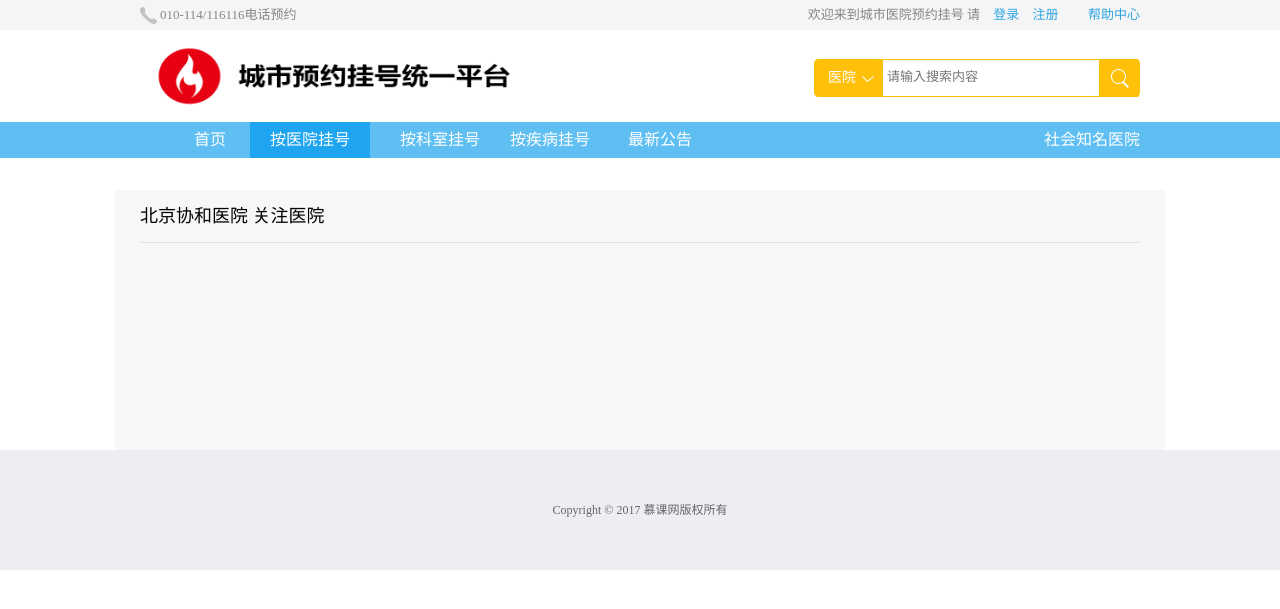
Repository: ScarApocalypse/study
Page: 挂号平台/hospital_detail.html
These files come from the project's save history. The page is drawn as it stood at one moment and after the next save; the edit follows.
The browser window is 1280 px wide. The pictures show the whole page.

Above is the page before, as saved 2019-01-22 21:54:17.

### 挂号平台/hospital_detail.html
<!DOCTYPE html>
<html lang="en">

<head>
    <meta charset="UTF-8">
    <title>城市预约挂号</title>
    <link rel="stylesheet" href="css/layout.css">
    <link rel="stylesheet" type="text/css" href="css/base.css">
    <link rel="stylesheet" type="text/css" href="css/ui.css">
    <link rel="stylesheet" href="css/hosptial.css">
    <link rel="stylesheet" href="css/hospital_detail.css">
    <script type="text/javascript" src="js/jquery-1.7.1.min.js"></script>
    <script type="text/javascript" src="js/data.js"></script>
    <script src="js/hosptial.js"></script>
</head>

<body>
    <!-- 顶部区域 -->
    <div id="top" class="top">
        <div class="wrap">
            <p class="call">010-114/116116电话预约</p>
            <p class="welcome">欢迎来到城市医院预约挂号&nbsp;请&nbsp;<a href="#">登录</a>
                <a href="#">注册</a>
                &nbsp;&nbsp;&nbsp;&nbsp;
                <a href="#">帮助中心</a>
            </p>

        </div>
    </div>
    <!-- 头部区域 -->
    <div id="header" class="header">
        <div class="wrap">
            <a href="index.html" class="logo">
                <img src="img/logo.png">
            </a>
            <div class="search ui-search">
                <div class="ui-search-selected">医院</div>
                <div class="ui-search-selected-list">
                    <a href="#">科室</a>
                    <a href="#">疾病</a>
                    <a href="#">医院</a>

                </div>
                <input class="ui-search-input" type="text" name="search-content" placeholder="请输入搜索内容">
                <a href="#" class="ui-search-submit"></a>
            </div>
        </div>
    </div>
    <!-- 导航栏区域 -->
    <div id="nav" class="nav">
        <div class="wrap">
            <a href="index.html" class="link">首页</a>
            <a href="hosptial.html" class="link link_focus">按医院挂号</a>
            <a href="#" class="link">按科室挂号</a>
            <a href="#" class="link">按疾病挂号</a>
            <a href="#" class="link">最新公告</a>
            <a href="#" class="link right">社会知名医院</a>
        </div>
    </div>
    <!-- 医院信息 -->
    <div class="hospitalDetail wrap">
        <div class="hospitalDetail-title">
            北京协和医院
            <span class="focus">关注医院</span>
        </div>
    </div>
    <!-- 页脚区域 -->
    <div id="footer" class="footer">
        Copyright &copy 2017 慕课网版权所有
    </div>
    <!-- 回到顶部 -->
    <!-- <a class="go-top" href="#"></a> -->
    <script type="text/javascript" src="js/ui.js"></script>
</body>

</html>

### 挂号平台/css/layout.css
*{
	margin:0;
	padding:0;
}
.clearfix:after{
	content:' ';
	display: block;
	height:0;
	line-height: 0;
	clear:both;
	zoom:1;
}
.wrap{
	width: 1000px;
	margin:0 auto;
	position: relative;
}
.top{
	height: 30px;
	background-color:#f5f5f5;
}
.header{
	height: 92px;
}
.nav{
	height: 36px;
	background-color:#60bff2;
}
.banner{
	width: 802px;
	margin:0 auto;
	height: 414px;
	padding:9px 0 0 198px;
}
.banner-slider{
	float: left;
	width: 544px;
	height: 414px;
	background-color: #8edff3;
}
.banner-search{
	float:right;
	width:250px;
	height:255px;
	background-color: #eee;
}
.banner-help{
	float: right;
	width: 250px;
	height: 146px;
	background-color: #ccc;
	margin-top:12px;
}
.content{
	padding:10px 0 38px 0;
}
.content-tab{
	float: left;
	width: 742px;
	height: 490px;
	background-color: #eee;
}
.content-close,
.content-news{
	float: right;
	width: 248px;
	height: 236px;
	border:1px solid #ccc;
}
.content-close{
	margin-top:12px;
	border-color:red;
}
.footer{
	height:70px;
	padding:25px;
	background-color: #eceef2;
}

### 挂号平台/css/base.css
p{
	display: inline-block;
}
a{
	text-decoration: none;
}
select,input{
	border:none;
	outline:none;
}
img{
	display: block;
}
/*top样式*/
.top{
	line-height: 30px;
	font-size:13px;
	color:#868686;
}
.top .call{
	float:left;
	padding-left:20px;
	background:url(../img/icon-call.png) no-repeat center left;
}
.top .welcome{
	float: right;
}
.top a{
	color:#2da5e1;
	padding-left:10px;
}
/*header样式*/
.header .logo{
	width: 402px;
	height: 74px;
	padding:9px 0;
	display: inline-block;
}
.header .logo img{
	width: 100%;
	height: 100%;
}
.header .search{
	width: 326px;
	height: 38px;
	position: absolute;
	right:0;
	top:29px;
	background-color: orange;
}
/*nav样式*/
.nav .link{
	display: inline-block;
	float:left;
	padding-left:30px;
	line-height: 36px;
	color:#fff;
	font-size:16px;
	min-width:80px;
	text-align: center;
}
.nav .right{
	float:right;
}
.nav .link_focus{
	color:#fff;
	background-color:#1fa4f0;
	padding:0 20px;
}
.nav a:hover{
	color:#d7f3ff;
}
.nav .menu{
	width: 130px;
	padding-right: 30px;
	background-color: #1fa4f0;
	position: relative;

}
.nav .menu .menu-list{
	position: absolute;
	background-color: #1fa4f0;
	width: 100%;
	height: 423px;
	left: 0;
	top:36px;

}
/*banner内样式*/
.banner-search{
	background-color: #fafafa
}
.banner-help .caption,
.banner-search .caption{
	height: 22px;
	padding:15px 0 15px 0;
	text-align: center;
}
.banner-help .caption .text,
.banner-search .caption .text{
	display: inline-block;
	height: 22px;
	line-height: 22px;
	padding-left:28px;
	color:#fec009;
	font-size:16px;
	background: url(../img/icon-help.png) no-repeat 0 0;
}

.banner-search .form{
	height: 150px;
}
.banner-search .form .line{
	padding-bottom:9px;
	text-align: center;
}
.banner-search .form .line select{
	width: 170px;
	font-size:12px;
	z-index:0;
	border:1px solid #dcdddd;
	height: 26px;
	line-height: 26px;
	padding:2px 0;
	border-radius: 5px;
	color:#666;
}
.banner-search .submit{
	height: 32px;
	text-align: center;
}
.banner-search .submit .button{
	width: 108px;
	height: 32px;
	background-color: #f3cd09;
	font-size: 14px;
	color:#fff;
	border-radius: 3px;
	cursor: pointer;
}
.banner-help{
	background-color: #fafafa;
}
.banner-help .caption .text{
	color:#00b3ea;
	background-position: 0 -23px;
}
.banner-help .link{
	color:#00b3ea;
	display: inline-block;
	width: 86px;
	height: 26px;
	line-height: 26px;
	font-size:14px;
	text-align: center;
	padding:0 0 8px 26px;
}
/*content样式*/

/*content新闻和停诊样式*/
.content-close,
.content-news{
	background-color:#fff;
	border:1px solid #f4f6fa;
}
.content-close .caption,
.content-news .caption{
	height:38px;
	line-height: 38px;
	background-color: #f4f6fa;
	text-indent:20px;
	color:#fec009;
	font-size:15px;
}
.content-close .more,
.content-news .more{
	float: right;
	padding-right: 22px;
	font-size:12px;
	color:#868686;
}
.content-close .list,
.content-news .list{
	padding: 15px 20px 13px 35px;
	line-height: 29px;
	font-size:12px;
	background: url(../img/list-yellow.jpg) 15px 22px no-repeat;
}
.content-close .list .link,
.content-news .list .link{
	display: block;
	color:#969696;
}

.content-close .caption{
	color:#4ab4ed;
}
.content-close .list{
	background: url(../img/list-blue.jpg) 15px 22px no-repeat;

}
/*tab样式*/
.content-tab{
	background: none;
}
.content-tab .caption{
	height: 34px;
	line-height: 34px;
	background-color: #f5f6fa;
}
.content-tab .caption .item{
	display: block;
	width: 112px;
	height: 34px;
	text-align: center;
	float: left;
	color:#00b3ea;
}
.content-tab .caption .item_focus{
	background-color: #60bff2;
	color:#fff;
}
.content .block{
	border:1px solid #f4f6fa;
	height: 452px;
}
.content-tab .block-caption{
	height: 26px;
	line-height: 26px;
	padding:8px;
	border-bottom:1px solid #f4f6fa;
}
.content-tab .block-caption-item{
	display: inline-block;
	padding:0 10px 0 10px;
	font-size:12px;
	color:#4c4948;
}
.content-tab .block-caption-item_focus{
	background-color: #60bff2;
	color:#fff;
}
.content-tab .block-content{
	padding:16px 12px;
}
.content-tab .block-content .block-list .item{
	float: left;
	width:216px;
	height: 102px;
	padding:0 20px 10px 120px;
	position: relative;
	font-size:12px;
}
.content-tab .block-content .block-list .item img{
	width: 110px;
	height: 98px;
	position: absolute;
	left:0;
	top:0;
}
.content-tab .block-content .block-list .item-name{
	color:#036eb7;
	font-size:14px;
	line-height: 21px;
	padding-top:13px;
}
.content-tab .block-content .block-list .item-level{
	float: right;
	font-size:12px;
	color:#979797;
}
.content-tab .block-content .block-list .item-phone,
.content-tab .block-content .block-list .item-address{
	/*font-size:12px;*/
	line-height: 18px;
	padding-bottom:4px;
	color:#666;
}
/*tab文案列表样式*/
.content-tab .block-content .block-text-list{

}
.content-tab .block-content .block-text-list .item{
	width: 351px;
	height: 27px;
	display: block;
	font-size:14px;
	color:#666;
	padding-top:8px;
	float: left;
	border-bottom:1px dashed #dcdddd;

}
.content-tab .block-content .block-text-list .item:nth-child(2n){
	margin-left:13px;
}
.content-tab .block-content .block-text-list .item .level{
	float: right;
	padding-right:10px;
}
.content-tab .block-content .block-more{
	display: block;
	line-height: 55px;
	text-align: center;
	color:#5084c4;
	font-size:14px;
}
/*页脚样式*/
.footer{
	line-height: 70px;
	text-align: center;
	font-size:12px;
	color:#666;
}
.go-top{
	display: block;
	position: fixed;
	width: 40px;
	height: 40px;
	right:2px;
	bottom:2px;
	z-index:99;
	color:#fff;
	background: rgb(102,102,102) url(../img/icon-go-up.png) center no-repeat;
	/*background: red;*/
}
.go-top:hover{
	background: rgb(102,102,102);
}
.go-top:hover:after{
	content:'回到顶部';
	display: block;
	line-height: 20px;
	text-align: center;
}

### 挂号平台/css/ui.css
/*ui-search搜索*/
.ui-search {
	background: url(../img/ui-search.jpg);
	font-size: 14px;
	color: #fff;
	position: relative;
}

.ui-search-selected {
	width: 70px;
	height: 38px;
	line-height: 38px;
	position: absolute;
	left: 0;
	top: 0;
	text-indent: 14px;
}

.ui-search-selected-list {
	display: none;
	position: absolute;
	width: 67px;
	line-height: 24px;
	background-color: #fff;
	box-shadow: 3px 3px 5px rgba(0, 0, 0, .2);
	left: 2px;
	top: 36px;
	z-index: 2;
}

.ui-search-selected-list a {
	display: block;
	text-align: center;
	color: #a5a2a2;
}

.ui-search-selected-list a:hover {
	background-color: #ebeef5;
}

.ui-search-input {
	width: 208px;
	height: 26px;
	position: absolute;
	top: 5px;
	left: 73px;
	line-height: 26px;
	font-size: 13px;
	color: #a5a2a2;
}

.ui-search-submit {
	display: block;
	position: absolute;
	right: 0;
	top: 1px;
	width: 40px;
	height: 36px;
}

/* ui-menu分类菜单 */
.ui-menu{}
.ui-menu-item{
	height: 22px;
	line-height: 22px;
	padding:8px 5px 9px 6px;
	/* margin-left:2px; */
	/* position: relative; */
}
.ui-menu-item:hover{
	background: #fff;
}
.ui-menu-item-department{
	float: left;
	height: 22px;
	line-height: 22px;
	position: relative;
	padding-left:30px;
	font-size:14px;
	color:#fff;
}
.ui-menu-item-department:before{
	content:'';
	display:block;
	width: 22px;
	height: 21px;
	position: absolute;
	left:0;
	top:1px;
	background:url('../img/icon-menu.jpg') -22px 0 no-repeat;
}
.ui-menu-item:nth-child(2) .ui-menu-item-department:before{
	background-position-y:-22px;
}
.ui-menu-item:nth-child(3) .ui-menu-item-department:before{
	background-position-y:-66px;
}
.ui-menu-item-disease{
	font-size: 12px;
	float:right;
	padding-left:5px;
	color:#d7f3ff
}
.ui-menu-item:hover .ui-menu-item-department:before{
	background-position-x: 0;
}
.ui-menu-item:hover .ui-menu-item-department{
	color:#333;
}
.ui-menu-item:hover .ui-menu-item-disease{
	color:#868686;
}
.ui-menu-item:hover .ui-menu-item-detail{
	display: block;
}
.ui-menu-item-detail{
	display:none;
	position: absolute;
	width: 500px;
	height: 393px;
	padding:20px 10px 10px 29px;
	background:#fff url(../img/bg-menu.jpg) center no-repeat;
	top:0;
	left:190px;
	box-shadow:5px 5px 2px rgba(0,0,0,.1);
	z-index:9;

}
.ui-menu-item-detail-group{
	padding-bottom:20px;
	text-align: left;


}
.ui-menu-item-detail-group-caption{
	width: 100%;
	display:block;
	color:#666;
	font-size:16px;
	font-weight:bold;
	line-height: 34px;
	height: 34px;
}
.ui-menu-item-detail-group-list{
	line-height: 23px;
}
.ui-menu-item-detail-group-list a{
	display: inline-block;
	color:#868686;
	margin-right:8px;
	font-size:12px;
	padding-bottom:5px;
}
.ui-menu-item-detail-group-list a:after{
	content:'|';
	color:#eee;
	padding-left:8px;
}
/* ui-slider组件 */
.ui-slider{
	width: 544px;
	height: 414px;
	position: relative;
	overflow: hidden;
}
.ui-slider-wrap{
	width: 99999px;
	height: 414px;
	position: absolute;
	left:0;
	right:0;
	transition:all .5s;
}
.ui-slider-wrap .item{
	display: block;
	float:left;
	width: 544px;
	height: 414px;
}
.ui-slider-arrow{
	width: 544px;
	height: 40px;
	position: absolute;
	/* background: #000;	 */
	top:50%;
	transform: translateY(-50%);
}
.ui-slider-arrow .item{
	display: block;
	width: 40px;
	height: 40px;
	position: absolute;
	top:0;
	background: url(../img/ui-slider-arrow.png) no-repeat;
}
.ui-slider-arrow .left{
	left:0;
}
.ui-slider-arrow .right{
	right:0;
	background-position: -40px 0;
}
.ui-slider-process{
	width: 544px;
	height: 12px;
	text-align: center;
	position: absolute;
	left:0;
	bottom:20px;
}
.ui-slider-process .item{
	display: inline-block;
	width: 16px;
	height: 16px;
	background:url(../img/ui-slider-process.png) no-repeat;

}
.ui-slider-process .item_focus,
.ui-slider-process .item:hover{
	background-position: -23px 0;
}
/* 回到顶部 */
.ui-backTop{
	display: none;
	position: fixed;
	right:2px;
	bottom: 2px;
	z-index: 9;
	width: 40px;
	height: 40px;
	color: #fff;
	background:rgba(102,102,102,.9) url(../img/icon-go-up.png) center no-repeat;
}
.ui-backTop:hover{
	background: rgba(102,102,102,.9);
}
.ui-backTop:hover:after{
	content:'回到顶部';
	display: block;
	line-height: 20px;
	text-align: center;
}

### 挂号平台/css/hosptial.css
/* 筛选区域 */
.filter{
    min-height: 100px;
    background-color: #fbfbfb;
    margin:20px auto;
}
.filter .group{
    padding:15px 60px 15px 180px;
    color:#4c4948;
    font-size:12px;
    line-height: 18px;
    min-height:30px;
    position: relative;
}
.filter .group .caption{
    position: absolute;
    left: 30px;
    top: 21px;
    width: 150px;
}
.filter .group .condition{
   color:#4c4948;
   display: inline-block;
   position: relative;
   margin:6px 24px 6px 0px;
   padding:0 5px;
}
.filter .group .caption .condition{
    position: absolute;
    right:0;
    top: -6px;
}
.filter .group .caption .condition::before,
.filter .group .condition::after{
    content:'';
    display: block;
    width: 1px;
    height: 18px;
    background: #dcdddd;
    position: absolute;
    top:0;
    right:-12px;
}
.filter .group .caption .condition::before{
    left:-12px;
}
.filter .group .condition_focus,
.filter .group .condition:hover{
    color:#fff;
    background-color:#60bff2;
}
/* 医院列表 */
.datalist .item{
    height: 130px;
    padding:23px 0 23px 224px;
    border:1px solid #f4f6fa;
    border-bottom:none;
    position: relative;
}
.datalist .item .cover{
    width: 180px;
    height: 130px;
    position: absolute;
    overflow: hidden;
    left: 15px;
    top: 23px;
}
.datalist .item:hover{
    background-color:#f5fcff;
}
.data .item .cover img{
    width: 100%;
    height: 100%;
}
.datalist .item .name{
    padding:13px 0;
    color:#000;
    font-size:15px;
}
.datalist .item .name .level{
    padding:0 2px 0 14px;
    color:#f7b52c;
    font-size: 12px;
}
.datalist .item .address,
.datalist .item .phone,
.datalist .item .time{
    margin-bottom:8px;
    font-size: 13px;
    color:#888;
    line-height: 17px;
    padding-left:22px;
    background: url(../img/icon-tel.png) no-repeat;
    background-position: 1px -36px;
}
.datalist .item .phone{
    background-position: 1px 0;
}
.datalist .item .address{
    background-position: 1px -17px;
}
.datalist .item .button{
    position: absolute;
    width: 105px;
    height: 37px;
    right: 70px;
    top:76px;
    display: block;
    background:url(../img/button-now.png) no-repeat  center left;
}
.datalist .item .button:hover{
    background-position: center right;
}
/* 分页区域 */
.pagination{
    height: 45px;
    line-height: 25px;
    border:1px solid #f4f6fa;
    text-align: center;
    color:#666;
    font-size:15px;
    margin-bottom:200px;
    padding:10px 0;
    box-sizing: border-box;
}
.pagination .item{
    margin-left:14px;
    color:#666;
    display: inline-block;
}
.pagination .item_icon:hover{
    background-color: #00b3ec;
}
.pagination .item_icon{
    background:url(../img/icon-pagination-arrow.png) no-repeat;
}
.pagination .item_prev{
    background-position: 6px -15px;
}
.pagination .item_prev:hover{
    background-position: -20px -15px;
}
.pagination .item_next{
    background-position: 8px 4px;
}
.pagination .item_next:hover{
    background-position: -18px 4px;
}
.pagination .input_page,
.pagination .item_page,
.pagination .item_icon{
    display: inline-block;
    width: 23px;
    height: 23px;
    line-height: 23px;
    border:solid 1px #dcdddd;
    border-radius:3px;
}
.pagination .item_page_focus{
    background:#00b3ec;
    color:#fff
}
.pagination .input_page{
    width: 45px;
    text-align: center;
}
.pagination .input_submit{
    width: 34px;
    height: 25px;
    display: inline-block;
    margin-left:10px;
    background:url(../img/icon-pagination-go.png);
    vertical-align:middle;
    cursor: pointer;
}

### 挂号平台/css/hospital_detail.css
.hospitalDetail{
    height: 260px;
    background:#f7f7f7;
    margin-top:32px;
    /* padding-left:250px */
    padding:0 25px;
}
.hospitalDetail .hospitalDetail-title{
    font-size:18px;
    height: 52px;
    line-height: 52px;
    border-bottom:1px solid #e2e2e2;
}

### 挂号平台/js/data.js

var storage = {};

storage.hospital = [

	['area','level','type','name','address','phone','imgUrl','time'],

	['朝阳区','三级甲等','卫生部直属医院','首都儿科研究所附属儿童医院','北京市朝阳区雅宝路2号','010-85695756','img/hospital-1.jpg','14:30'],

	['朝阳区','三级甲等','卫生部直属医院','中日友好医院','北京市朝阳区樱花东路2号','84205288','img/hospital-2.jpg','8:30'],
	['西城区','三级甲等','卫生部直属医院','首都医科大学附属北京友谊医院','北京市西城区永安路95号','63016616','img/hospital-3.jpg','9:30'],
	['朝阳区','三级甲等','卫生部直属医院','首都医科大学附属北京地坛医院B附属','北京市朝阳区樱花东路2号','84205288','img/hospital-4.jpg','8:30'],
	['朝阳区','三级合格','北京区县属医院','空军总医院','北京市朝阳区樱花东路2号','84205288','img/hospital-5.jpg','8:30'],
	['海淀区','三级合格','北京区县属医院','航天中心医院(原721医院)','北京市海淀区玉泉路15号','59971160','img/hospital-6.jpg','8:30'],
	['丰台区','三级甲等','北京区县属医院','北京中医药大学东方医院','北京丰台区方庄芳星园一区6号','67689655','img/hospital-1.jpg','8:30'],

	['丰台区','三级合格','北京区县属医院','北京电力医院','北京市丰台区太平桥西里甲1号','84205288','img/hospital-2.jpg','8:30'],
	['顺义区','三级甲等','北京区县属医院','北京中医医院顺义医院','北京市顺义区站前东街5号','84205288','img/hospital-3.jpg','8:30'],
	['通州区','三级甲等','其他','首都医科大学附属北京潞河医院三级综合医院','北京市通州区新华南路82号','69543901','img/hospital-4.jpg','8:30'],

];

storage.department = [
	['hospitalName', ['departmentName'] ],

	['首都儿科研究所附属儿童医院',['儿科a','儿科b','儿科d'] ],
	['中日友好医院',['科室a','科室b','科室c','科室d'] ],

	['首都医科大学附属北京友谊医院', ['departmentName-1'] ],
	['首都医科大学附属北京地坛医院B附属', ['departmentName-2'] ],
	['空军总医院',['departmentName-3'] ],
	['航天中心医院(原721医院)', ['departmentName-4'] ],
	['北京中医药大学东方医院', ['departmentName-5'] ],
	['北京电力医院', ['departmentName-6'] ],
	['北京中医医院顺义医院', ['departmentName-7'] ] ,
	['首都医科大学附属北京潞河医院三级综合医院', ['departmentName-8'] ]

]

var AjaxRemoteGetData = {};

AjaxRemoteGetData.getDistinctArea = function() {

	console.log('远程数据获取','getDistinctArea');

	var map = {};
	var arr = ['医院地区'];
	for(i=1,j=storage.hospital.length; i<j ; i++){
		var _d = storage.hospital[i][0];
		map[_d] =1;
	}
	for( k in map){
		arr.push(k);

	}
	console.log('结果',arr);
	return arr;
}
AjaxRemoteGetData.getLevelByArea  = function( area ){
	console.log('远程数据获取','getLevelByArea','arguments:',arguments);

	var map = {};
	var arr = ['医院等级'];
	for(i=1,j=storage.hospital.length; i<j ; i++){

		var _area = storage.hospital[i][0];
		var _d = storage.hospital[i][1];
		if(area == _area){
			map[_d] = 1;
		}
	}
	for( k in map){
		arr.push(k);

	}
	console.log('结果',arr);
	return arr;
}
AjaxRemoteGetData.getNameByAreaAndLevel = function( area , level ){
	console.log('远程数据获取','getNameByAreaAndLevel','arguments:',arguments);
	var map = {};
	var arr = ['医院名称'];
	for(i=1,j=storage.hospital.length; i<j ; i++){

		var _area = storage.hospital[i][0];
		var _level= storage.hospital[i][1];
		var _d = storage.hospital[i][3];
		if(level == _level && area == _area ){
			map[_d] = 1;
		}
	}
	for( k in map){
		arr.push(k);

	}
	console.log('结果',arr);
	return arr;
}
AjaxRemoteGetData.getDepartmentArrByHospitalName = function( area,level,hospitalName ){
	console.log('远程数据获取','getDepartmentArrByHospitalName','arguments:',arguments);
	var map = {};
	var arr = ['科室名称'];
	for(i=1,j=storage.department.length; i<j ; i++){

		var _hospitalName = storage.department[i][0];
		var _d = storage.department[i][1];
		if(hospitalName == _hospitalName ){
			map[_d] = 1;
		}
	}
	for( k in map){
		arr.push(k);

	}
	console.log('结果',arr);
	return arr;
}

AjaxRemoteGetData.getDistinctType=function(){
	console.log('远程数据获取','getDistinctType');

	var map = {};
	var arr = ['医院类型'];
	for(i=1,j=storage.hospital.length; i<j ; i++){
		var _d = storage.hospital[i][2];
		map[_d] =1;
	}
	for( k in map){
		arr.push(k);

	}
	console.log('结果',arr);
	return arr;
}
AjaxRemoteGetData.getDistinctLevel=function(){
	console.log('远程数据获取','getDistinctLevel');

	var map = {};
	var arr = ['医院等级'];
	for(i=1,j=storage.hospital.length; i<j ; i++){
		var _d = storage.hospital[i][1];
		map[_d] =1;
	}
	for( k in map){
		arr.push(k);

	}
	console.log('结果',arr);
	return arr;
}
AjaxRemoteGetData.getHospitalArrByFilter=function(type,level,area){
	console.log('远程数据获取','getHospitalArrByFilter','arguments:',arguments);
	var map = {};
	var arr = ['医院列表'];
	for(i=1,j=storage.hospital.length; i<j ; i++){

		var _type= storage.hospital[i][2];
		var _area = storage.hospital[i][0];
		var _level= storage.hospital[i][1];

		var _d = storage.hospital[i][3];
		if(
				(level == _level || level =='全部') &&
				(area == _area || area == '全部' ) &&
				(type == _type || type == '全部')
			){
			arr.push(storage.hospital[i]);
		}
	}
	console.log('结果',arr);
	return arr;
}

### 挂号平台/js/ui.js
//ui-search组件
$.fn.UiSearch = function () {
	var ui = $(this);
	var flag = 0;
	$('.ui-search-selected', ui).on('click', function () {
		if (flag) {
			$('.ui-search-selected-list').hide();
			flag = 0;
		} else {
			$('.ui-search-selected-list').show();
			flag = 1;
		}

		return false;
	});
	$('.ui-search-selected-list a', ui).on('click', function () {
		$('.ui-search-selected').text($(this).text());
		$('.ui-search-selected-list').hide();
		flag = 0;
		return false;
	});
	$('body').on('click', function () {
		if (flag) {
			$('.ui-search-selected-list').hide();
			flag = 0;
		}

	});
};
$.fn.UiSlider = function () {
	var ui = $(this);
	var wrap = $('.ui-slider-wrap');
	var btn_prev = $('.ui-slider-arrow .left', ui);
	var btn_next = $('.ui-slider-arrow .right', ui);
	var items = $('.ui-slider-wrap .item', ui);
	var tips = $('.ui-slider-process .item', ui);
	// 预定义
	var current = 0;
	var size = items.size();
	var width = items.eq(0).width();
	var enableAuto = true;
	// 具体操作
	ui.on('mouseover', function () {
		enableAuto = false;
	}).on('mouseout', function () {
		enableAuto = true;
	});
	wrap
		.on('move_to', function (evt, index) {
			wrap.css('left', index * width * -1);
			tips.removeClass('item_focus').eq(index).addClass('item_focus');
		})
		.on('move_prev', function () {
			if (current <= 0) {
				current = size - 1;
			}
			current = current - 1;
			wrap.triggerHandler('move_to', current);
		})
		.on('move_next', function () {
			if (current == size - 1) {
				current = -1;
			}
			current = current + 1;
			wrap.triggerHandler('move_to', current);
		})
		.on('auto_move', function () {
			setInterval(function () {
				enableAuto && wrap.triggerHandler('move_next');
			}, 2000)
		});
	btn_prev.on('click', function () {
		wrap.triggerHandler('move_prev');
	});
	btn_next.on('click', function () {
		wrap.triggerHandler('move_next');
	});
	wrap.triggerHandler('auto_move');
};
// 级联菜单
$.fn.UiCascading = function () {
	var ui = $(this);
	var selects = $('select', ui);
	selects
		.on('reloadOptions', function () {
			var method = $(this).attr('data-search');
			var args = $(this).attr('data-where').split(',');

			var data = AjaxRemoteGetData[method].apply(this,args);
			var select = $(this);

			select.find('option').remove();
			// console.log(select[0]);
			$.each(data, function (i, item) {
				var el = $('<option value="' + item + '">' + item + '</option>');
				// console.log(el[0]);

				select.append(el);
			});

		})
		.on('change', function () {
			var val = $(this).val();
			var index = selects.index(this);
			// 触发下一个select的更新，根据当前的值
			var where = $(this).attr('data-where');
			where = where ? where.split(',') : [];
			where.push($(this).val());
			selects.eq(index + 1)
				.attr('data-where', where.join(','))
				.triggerHandler('reloadOptions');

			ui.find('select:gt(' + (index + 1) + ')').each(function () {
				$(this)
					.attr('data-where', '')
					.triggerHandler('reloadOptions');
			});


		});

	selects.eq(0).triggerHandler('reloadOptions');

};
$.fn.UiTab=function(header,content,focus_prefix){
	var ui=$(this);
	var tabs=$(header,ui);
	var cons=$(content,ui);
	var focus_prefix=focus_prefix||'';
	tabs.on('click',function(){
		var index=$(this).index();

		tabs.removeClass(focus_prefix+'item_focus').eq(index).addClass(focus_prefix+'item_focus');
		cons.hide().eq(index).show();

	});
};
$.fn.UiBackTop=function(){
	var ui=$(this);

	var el=$('<a class="ui-backTop" href="#"></a>');
	ui.append(el);
	// alert('msg');
	var windowHeight=$(window).height();
	$(window).on('scroll',function(){
		var top=$('html').scrollTop();
		if(top>windowHeight){

			el.show();
		}else{
			el.hide();
		}
	});
};
$(function () {
	console.log("hello");
	$('.ui-search').UiSearch();
	$('.ui-slider').UiSlider();
	$('.ui-cascading').UiCascading();
	$('.content-tab').UiTab('.caption > .item','.block > .item');
	$('.content-tab .block .item').UiTab('.block-caption>a','.block-content > .block-wrap','block-caption-');
	$('body').UiBackTop();
	console.log(AjaxRemoteGetData.getDistinctArea());
});

Loaded but not shown: 挂号平台/js/jquery-1.7.1.min.js (library); 挂号平台/js/hosptial.js (145 lines, source omitted)

After the next save:
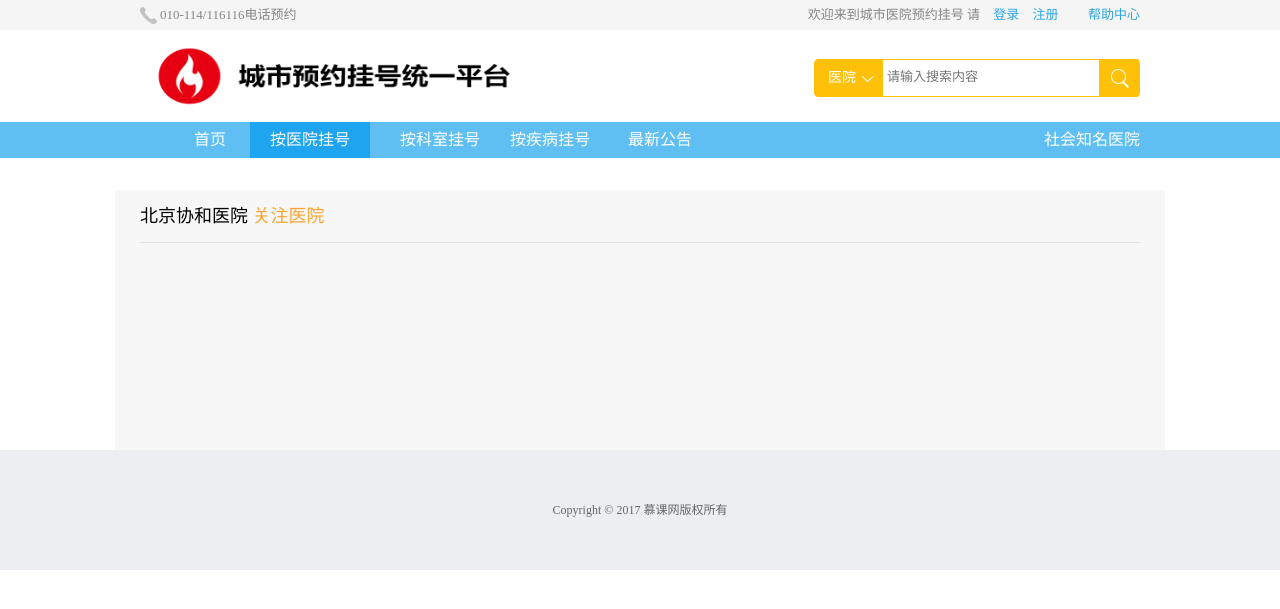
Saved 75 s later.
--- a/挂号平台/css/hospital_detail.css
+++ b/挂号平台/css/hospital_detail.css
@@ -11,3 +11,6 @@
     line-height: 52px;
     border-bottom:1px solid #e2e2e2;
 }
+.hospitalDetail .hospitalDetail-title .focus{
+    color:#f9a533;
+}
